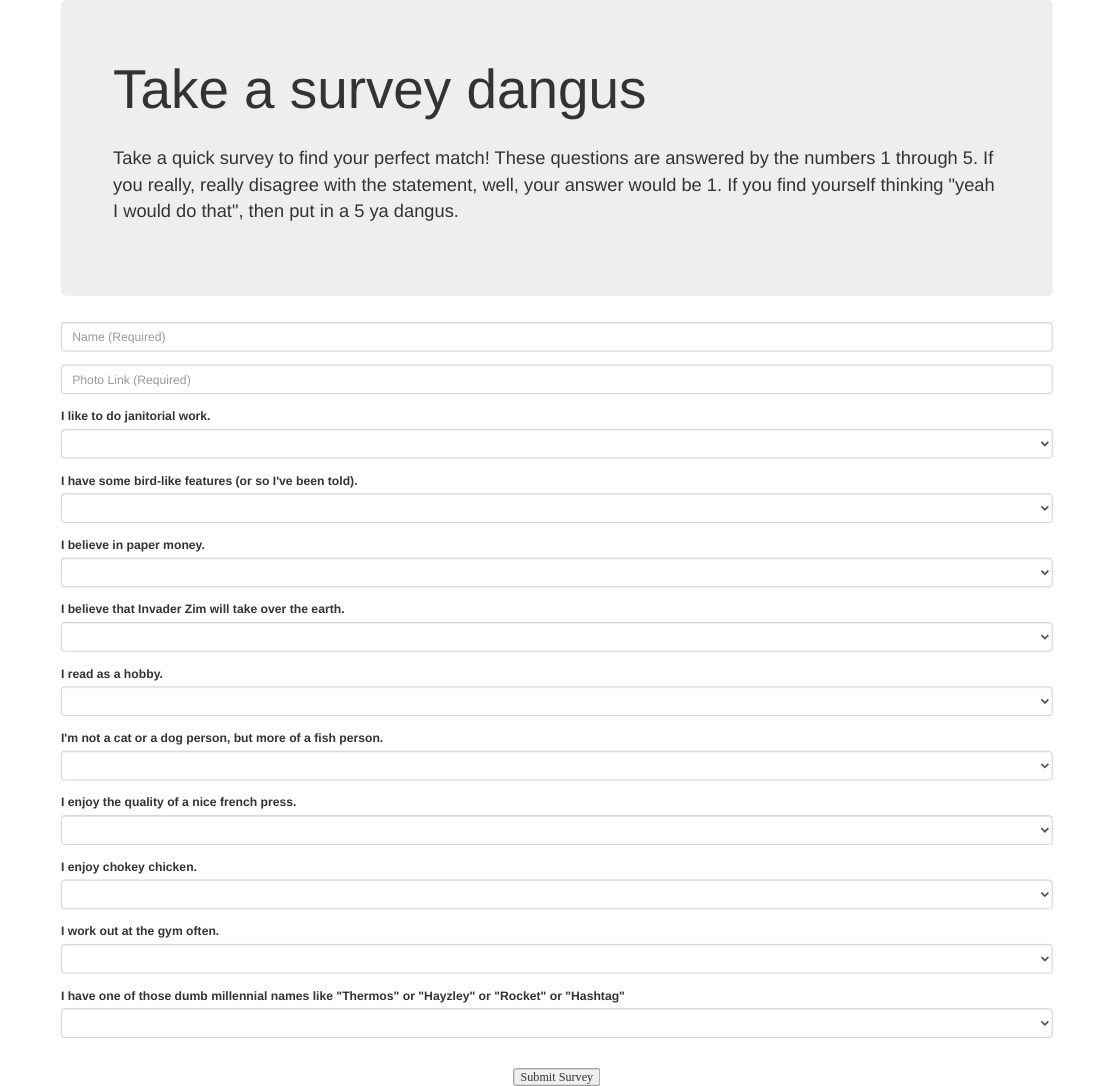
Repository: kcummings1/Mate-Matcher
Page: public/survey.html
These files come from the project's save history. The page is drawn as it stood at one moment and after the next save; the edit follows.
The browser window is 1280 px wide. The pictures show the whole page, at 87% of full size.
Some web libraries are served in a nearby version.

Above is the page before, as saved 2019-10-05 13:42:40.
Console error: ReferenceError: config is not defined

After the next save:
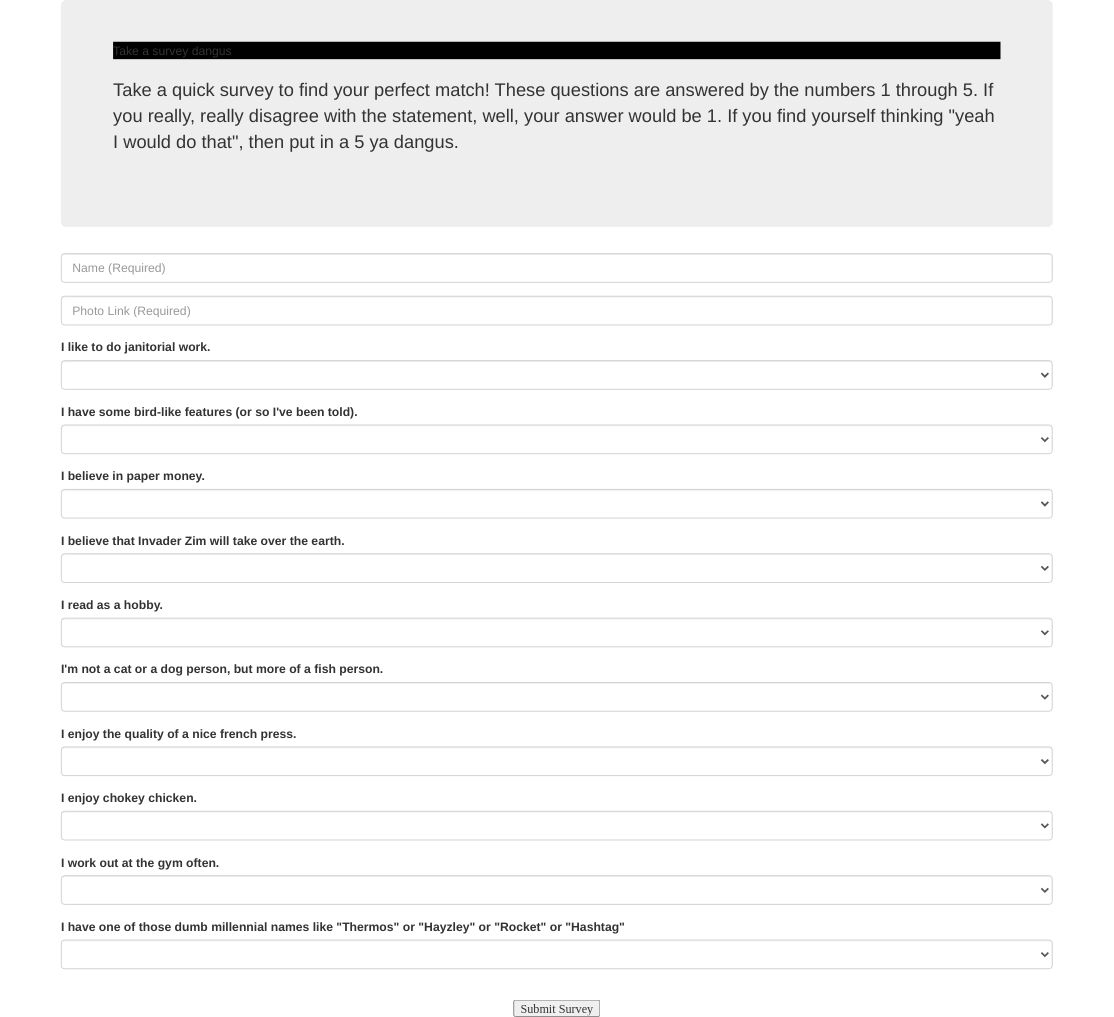
Saved 8 min 7 s later.
--- a/public/survey.html
+++ b/public/survey.html
@@ -12,7 +12,7 @@
 
     <div class="container">
         <div class="jumbotron">
-            <h1>Take a survey dangus</h1> <br>
+                <div class="title" style="background-color: #000;">Take a survey dangus</div> <br>
             <p>Take a quick survey to find your perfect match! These questions are answered by the numbers 1 through 5.
                 If
                 you really, really disagree with the statement, well, your answer would be 1. If you find yourself
